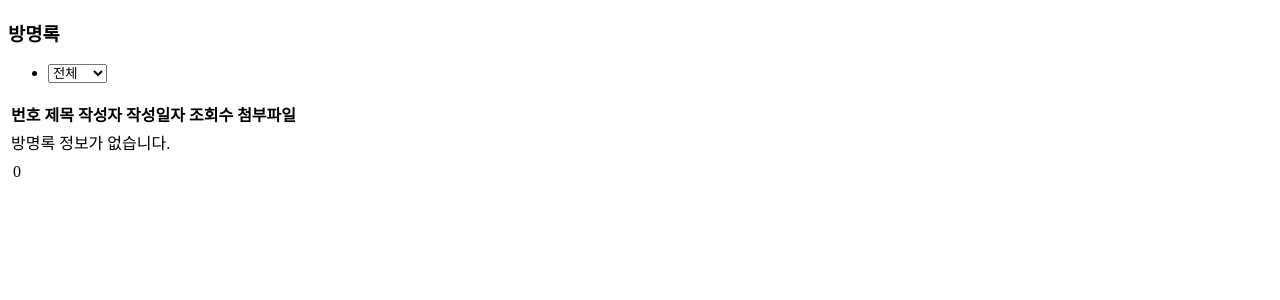
Repository: l3asic/Study_Spring
Page: http://localhost/iot/WEB-INF/views/board/list.jsp
The author's editor kept a copy of each file at every save. The page is drawn from the files as they stood at one save, then again after the next save.
The browser window is 1280 px wide. The pictures show the whole page.
The page is served by Tomcat 9. Nobody is signed in. The template is opened directly, without the code that normally fills it, so the values that code supplies are empty.

Above is the page before, as saved 2022-01-21 08:28:58.

After the next save:
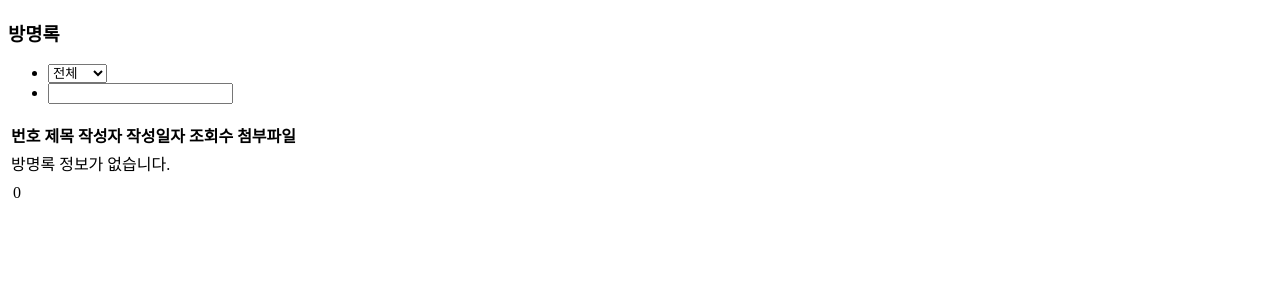
Saved 83 s later.
--- a/Workspace/iot/src/main/webapp/WEB-INF/views/board/list.jsp
+++ b/Workspace/iot/src/main/webapp/WEB-INF/views/board/list.jsp
@@ -21,7 +21,9 @@
 					<option value ="writer">작성자</option>
 				</select>
 			</li>
-
+			<li><input type='text' name='keyword' class='w-px300'/></li>
+		</ul>
+		<ul>
 
 			<!-- 로그인되어 있는 경우 글쓰기 기능 -->
 			<c:if test="${not empty loginInfo }">
